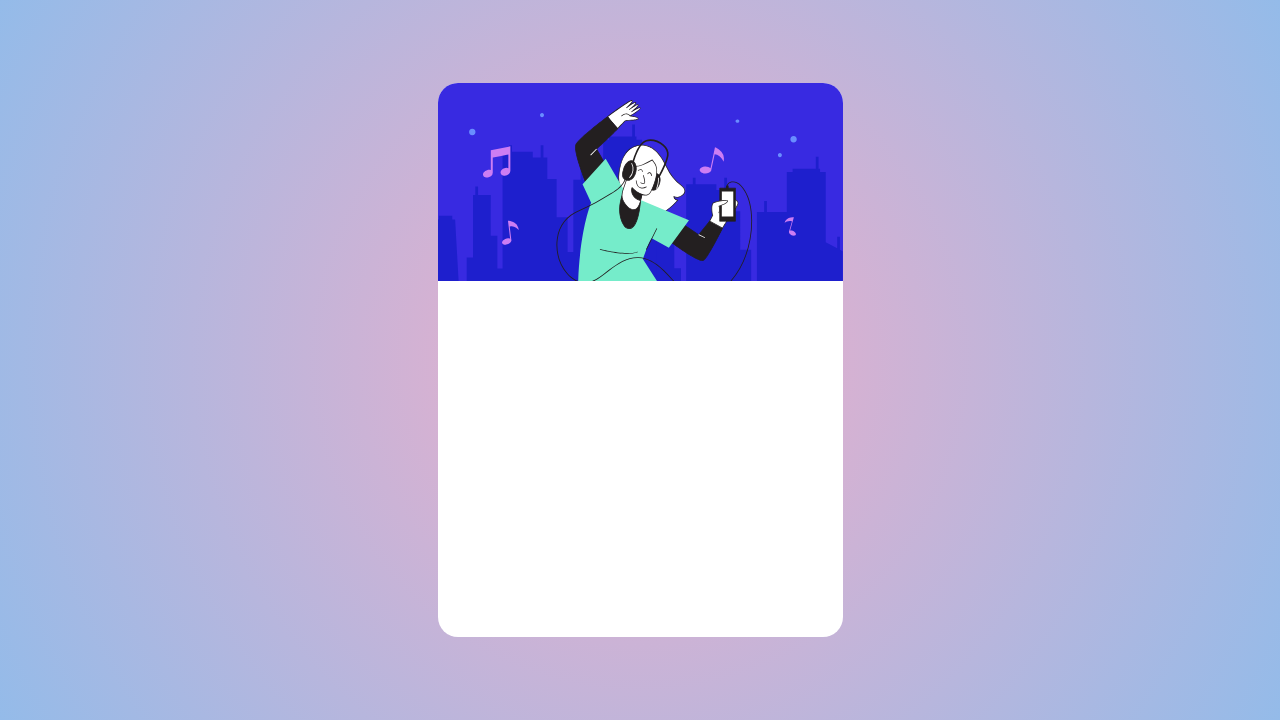
Repository: KamoliddinGIT/order-summary-card
Page: index.html
These files come from the project's save history. The page is drawn as it stood at one moment and after the next save; the edit follows.
The browser window is 1280 px wide. The pictures show the whole page.

Above is the page before, as saved 2023-09-13 10:45:38.

After the next save:
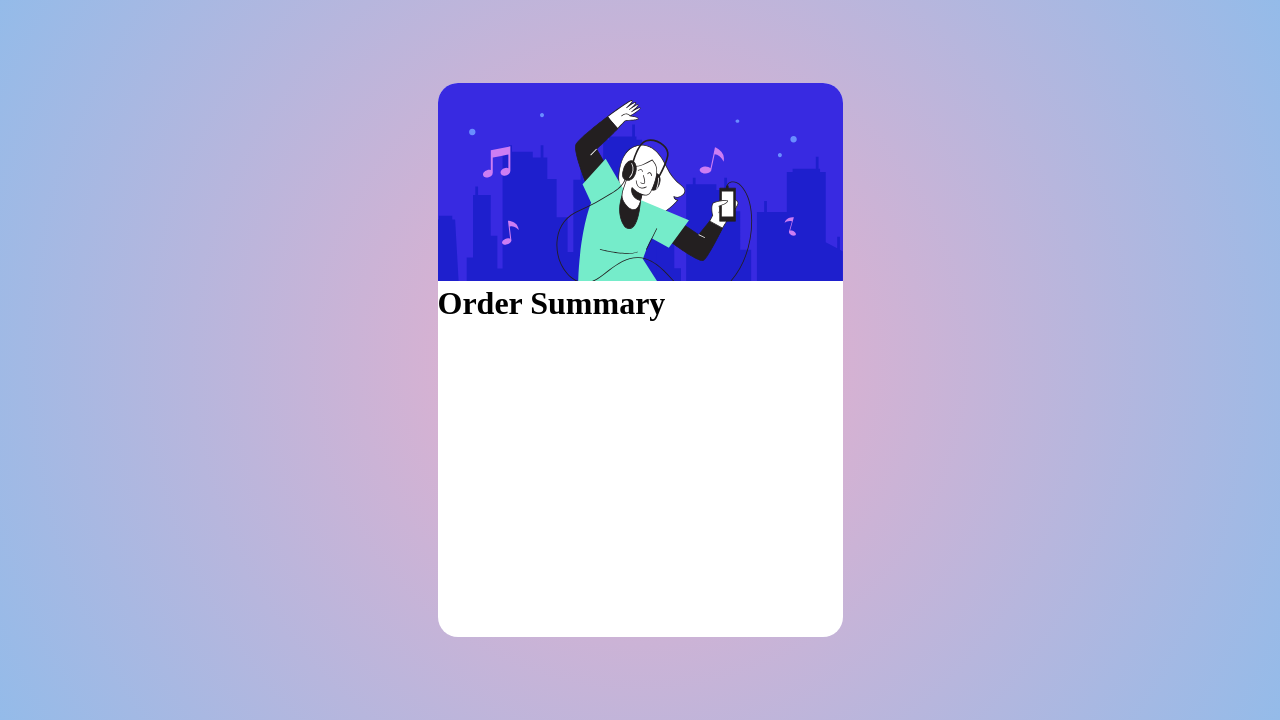
Saved 9 s later.
--- a/index.html
+++ b/index.html
@@ -19,6 +19,9 @@
         src="./images/illustration-hero.svg"
         alt="img"
       />
+      <div>
+        <h1>Order Summary</h1>
+      </div>
     </div>
   </body>
 </html>
